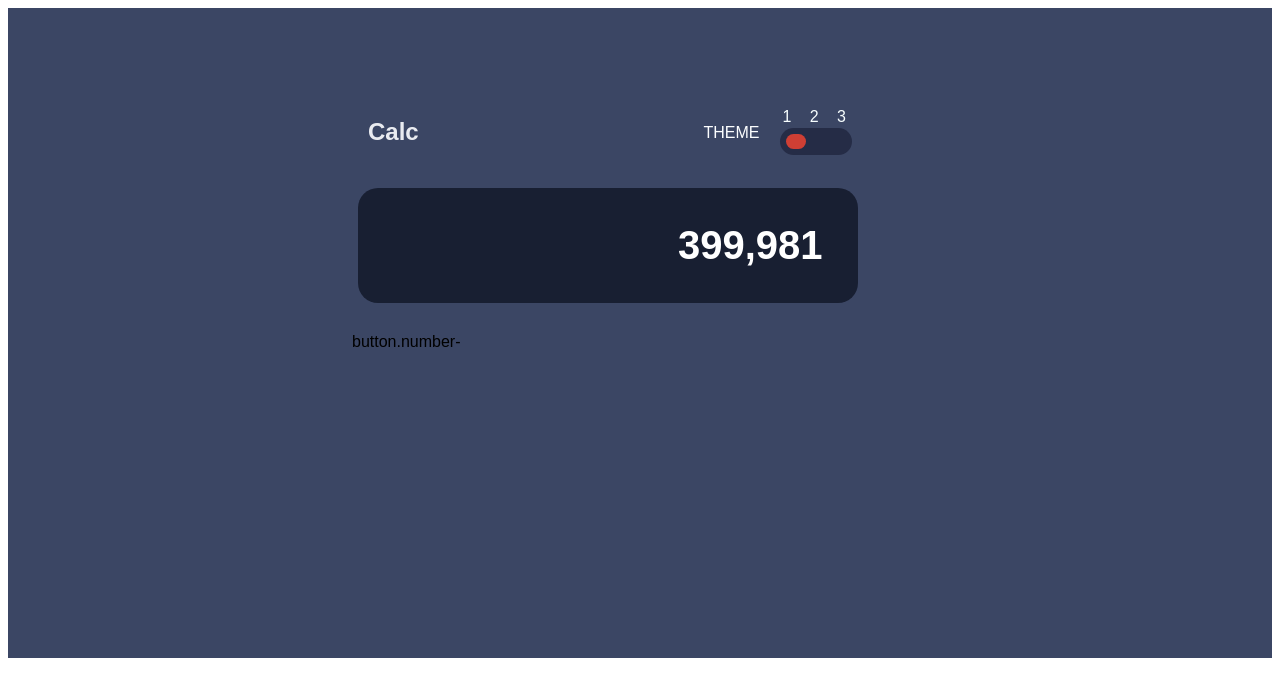
Repository: Bakyproit/Calcutor
Page: SimpleCalculatorApp.html
An editor plug-in stored every save of this project. The page is shown before and after a run of saves, followed by the edit.
The browser window is 1280 px wide. The pictures show the whole page.

Above is the page before, as saved 2022-02-09 16:15:43.

After the next 3 saves:
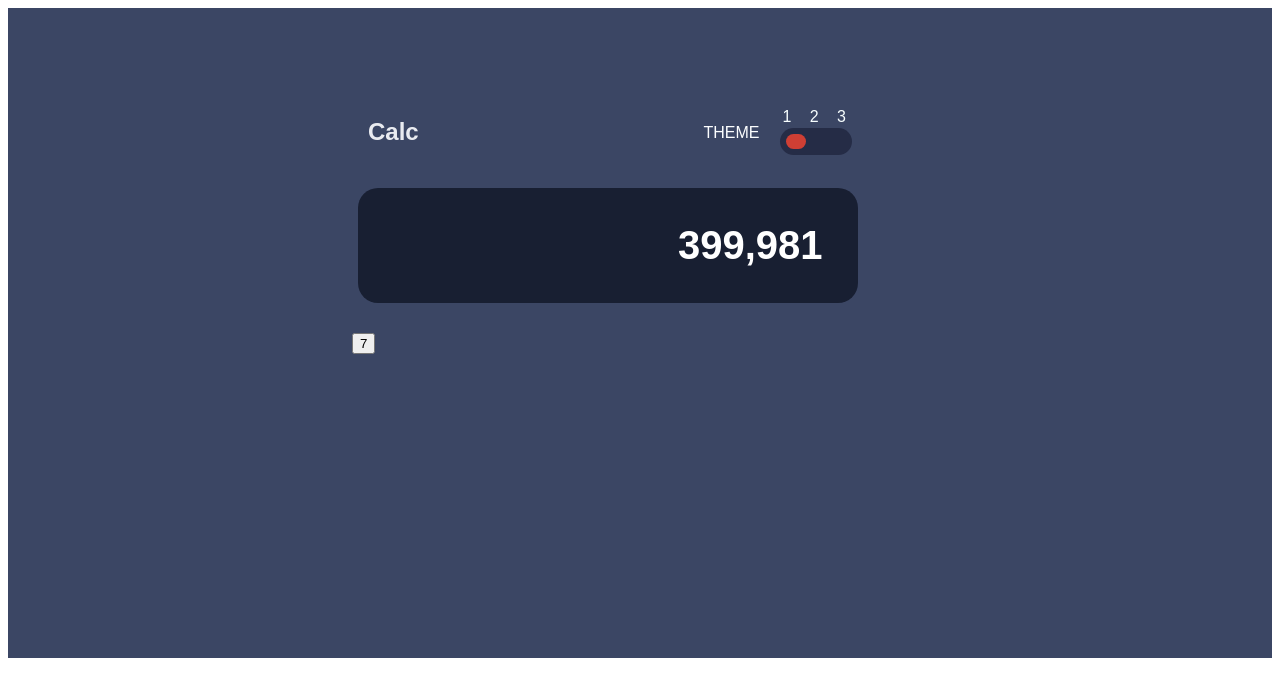
The 3 saves are shown as one change because they came seconds apart.
The last was saved 9 s later.
--- a/SimpleCalculatorApp.html
+++ b/SimpleCalculatorApp.html
@@ -39,7 +39,7 @@
 
             <div class="app__content">
                 <div class="app__content-number row">
-                        button.number-
+                        <button class="number">7</button>
 
 
 
